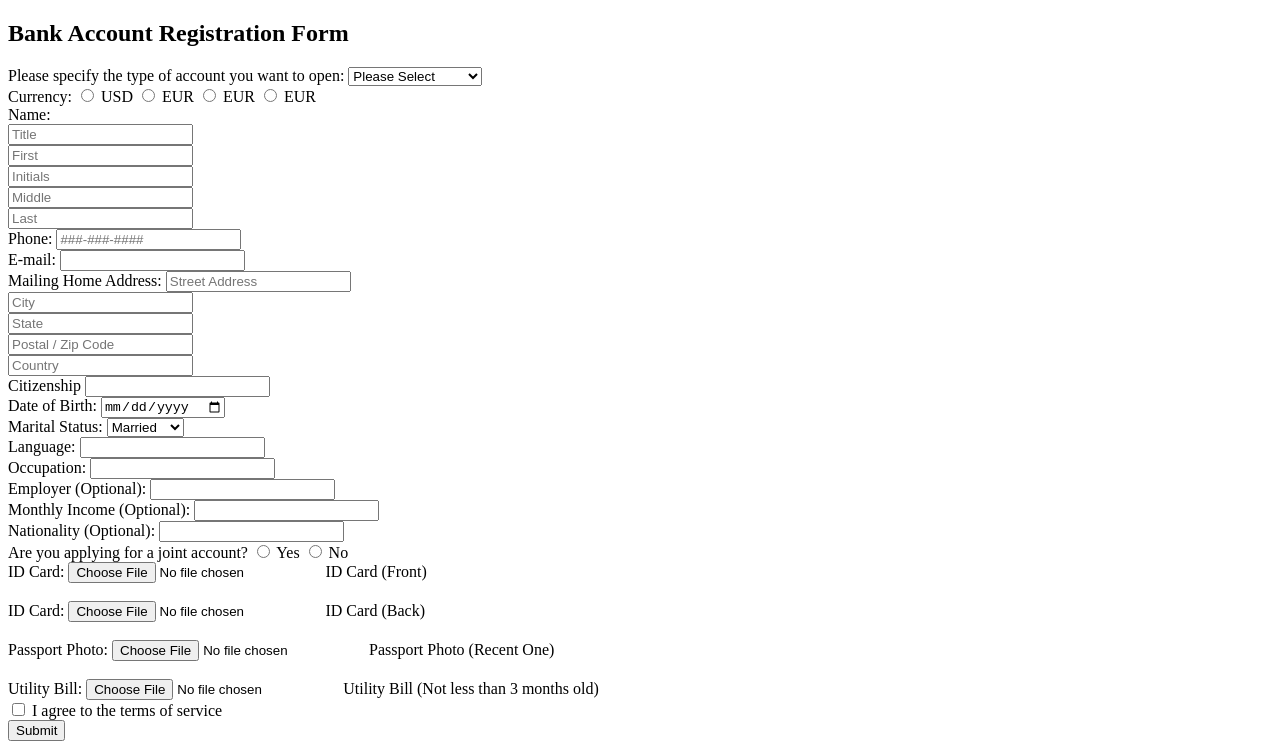
Repository: hizeetech/First-Assignment
Page: sign_up.html
The author's editor kept a copy of each file at every save. The page is drawn from the files as they stood at one save, then again after a run of saves.
The browser window is 1280 px wide. The pictures show the whole page.

Above is the page before, as saved 2024-11-09 02:43:20.

### sign_up.html
<!DOCTYPE html>
<html lang="en">
<head>
    <meta charset="UTF-8">
    <meta name="viewport" content="width=device-width, initial-scale=1.0">
    <title>Bank Account Registration Form</title>

</head>
<body>

<div>
    <h2>Bank Account Registration Form</h2>
    <form action="#" method="post">

        <div>
            <label for="account-type">Please specify the type of account you want to open:</label>
            <select id="account-type" name="account_type" required>
                <option value="">Please Select</option>
                <option value="savings">Savings Account</option>
                <option value="current">Current Account</option>
                <option value="corporate">Corporate Account</option>
            </select>
        </div>

        <div>
            <label>Currency:</label>
            <label><input type="radio" name="currency" value="NGN" required> USD</label>
            <label><input type="radio" name="currency" value="USD"> EUR</label>
            <label><input type="radio" name="currency" value="EUR"> EUR</label>
            <label><input type="radio" name="currency" value="POUNDS"> EUR</label>
        </div>

        <div>
            <label for="title">Name:</label>
            <div class="inline"><input type="text" id="title" name="title" placeholder="Title"></div>
            <div class="inline"><input type="text" name="first_name" placeholder="First" required></div>
            <div class="inline"><input type="text" name="initials" placeholder="Initials"></div>
            <div class="inline"><input type="text" name="middle_name" placeholder="Middle"></div>
            <input type="text" name="last_name" placeholder="Last" required>
        </div>

        <div>
            <label for="phone">Phone:</label>
            <input type="tel" id="phone" name="phone" placeholder="###-###-####" required>
        </div>

        <div>
            <label for="email">E-mail:</label>
            <input type="email" id="email" name="email" required>
        </div>

        <div>
            <label for="address">Mailing Home Address:</label>
            <input type="text" id="address" name="address" placeholder="Street Address" required>
            <div class="inline"><input type="text" name="city" placeholder="City" required></div>
            <div class="inline"><input type="text" name="state" placeholder="State" required></div>
            <div class="inline"><input type="text" name="postal_code" placeholder="Postal / Zip Code" required></div>
            <input type="text" name="country" placeholder="Country" required>
        </div>

        <div>
            <label for="citizenship">Citizenship</label>
            <input type="citizenship" id="citizenship" name="citizenship" required>
        </div>

        <div>
            <label for="dob">Date of Birth:</label>
            <input type="date" id="dob" name="dob" required>
        </div>

        <div>
            <label for="marital-status">Marital Status:</label>
            <select id="marital-status" name="marital_status" required>
                <option value="married">Married</option>
                <option value="single">Single</option>
                <option value="divorced">Divorced</option>
                <option value="widowed">Widowed</option>
            </select>
        </div>

        <div>
            <label for="language">Language:</label>
            <input type="text" id="language" name="language" required>
        </div>
        <div>
            <label for="occupation">Occupation:</label>
            <input type="text" id="occupation" name="occupation" required>
        </div>
        <div>
            <label for="employer">Employer (Optional):</label>
            <input type="text" id="employer" name="employer">
        </div>
        <div>
            <label for="income">Monthly Income (Optional):</label>
            <input type="text" id="income" name="monthly_income">
        </div>


        <div>
            <label for="nationality">Nationality (Optional):</label>
            <input type="text" id="nationality" name="nationality">
        </div>
        <div>
            <label>Are you applying for a joint account?</label>
            <label><input type="radio" name="joint_account" value="yes"> Yes</label>
            <label><input type="radio" name="joint_account" value="no"> No</label>
        </div>

        <div>

            <label for="id_card">ID Card:</label>
            <input type="file" accept="image/png, image/jpg, image/jpeg, image/webp, image/gif">
            <label for="id-card">ID Card (Front)</label><br><br>
            <label for="id_card">ID Card:</label>
            <input type="file" accept="image/png, image/jpg, image/jpeg, image/webp, image/gif">
            <label for="id-card">ID Card (Back)</label><br><br>
            <label for="passportPhoto">Passport Photo:</label>
            <input type="file" accept="image/png, image/jpg, image/jpeg, image/webp, image/gif">
            <label for="id-card">Passport Photo (Recent One)</label><br><br>
            <label for="utility_bill">Utility Bill:</label>
            <input type="file" accept="image/png, image/jpg, image/jpeg, image/webp, image/gif">
            <label for="id-card">Utility Bill (Not less than 3 months old)</label>
        </div>

        <div>
            <input type="checkbox" id="terms" name="terms" required>
            <label for="terms">I agree to the terms of service</a></label>
        </div>



        <button type="submit" class="submit-btn">Submit</button>
    </form>
</div>

</body>
</html>

After the next 3 saves:
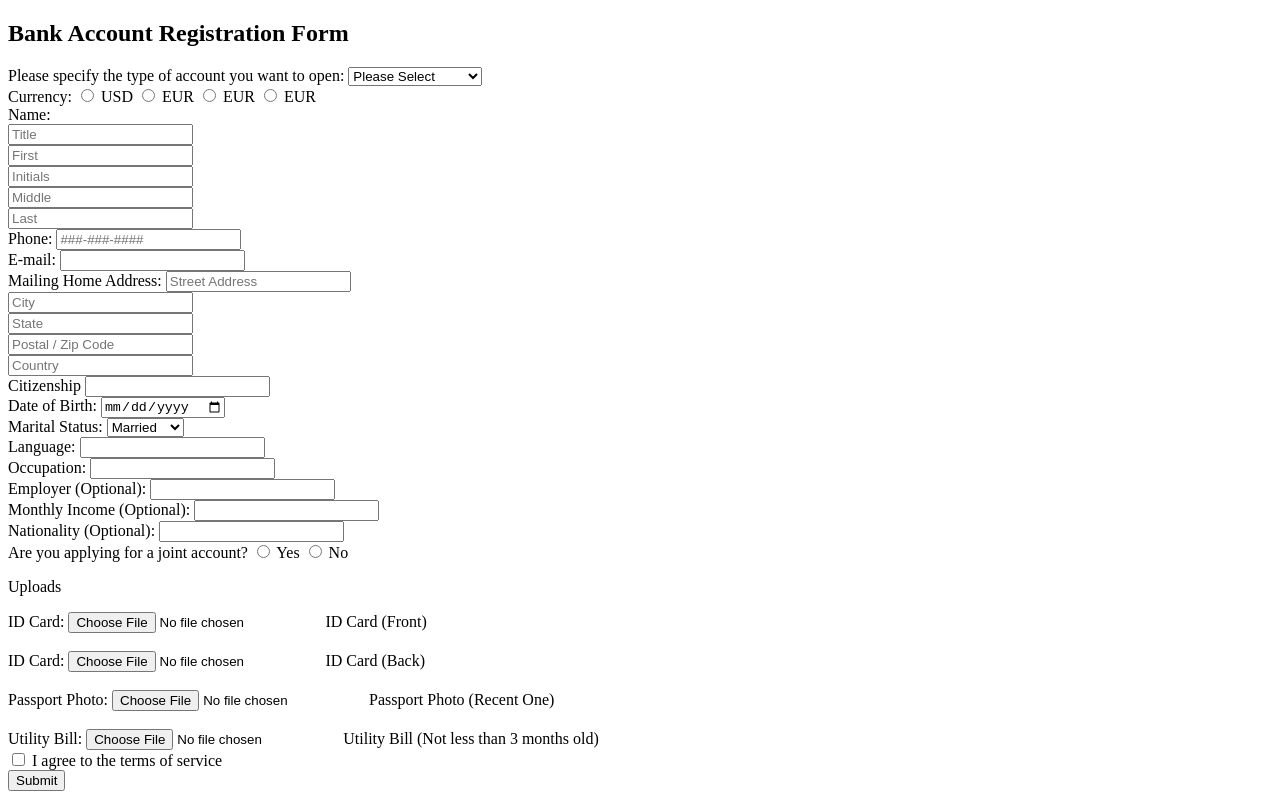
The 3 saves are shown as one change because they came seconds apart.
The last was saved 9 s later.
--- a/sign_up.html
+++ b/sign_up.html
@@ -107,7 +107,7 @@
         </div>
 
         <div>
-
+            <p>Uploads</p>
             <label for="id_card">ID Card:</label>
             <input type="file" accept="image/png, image/jpg, image/jpeg, image/webp, image/gif">
             <label for="id-card">ID Card (Front)</label><br><br>
